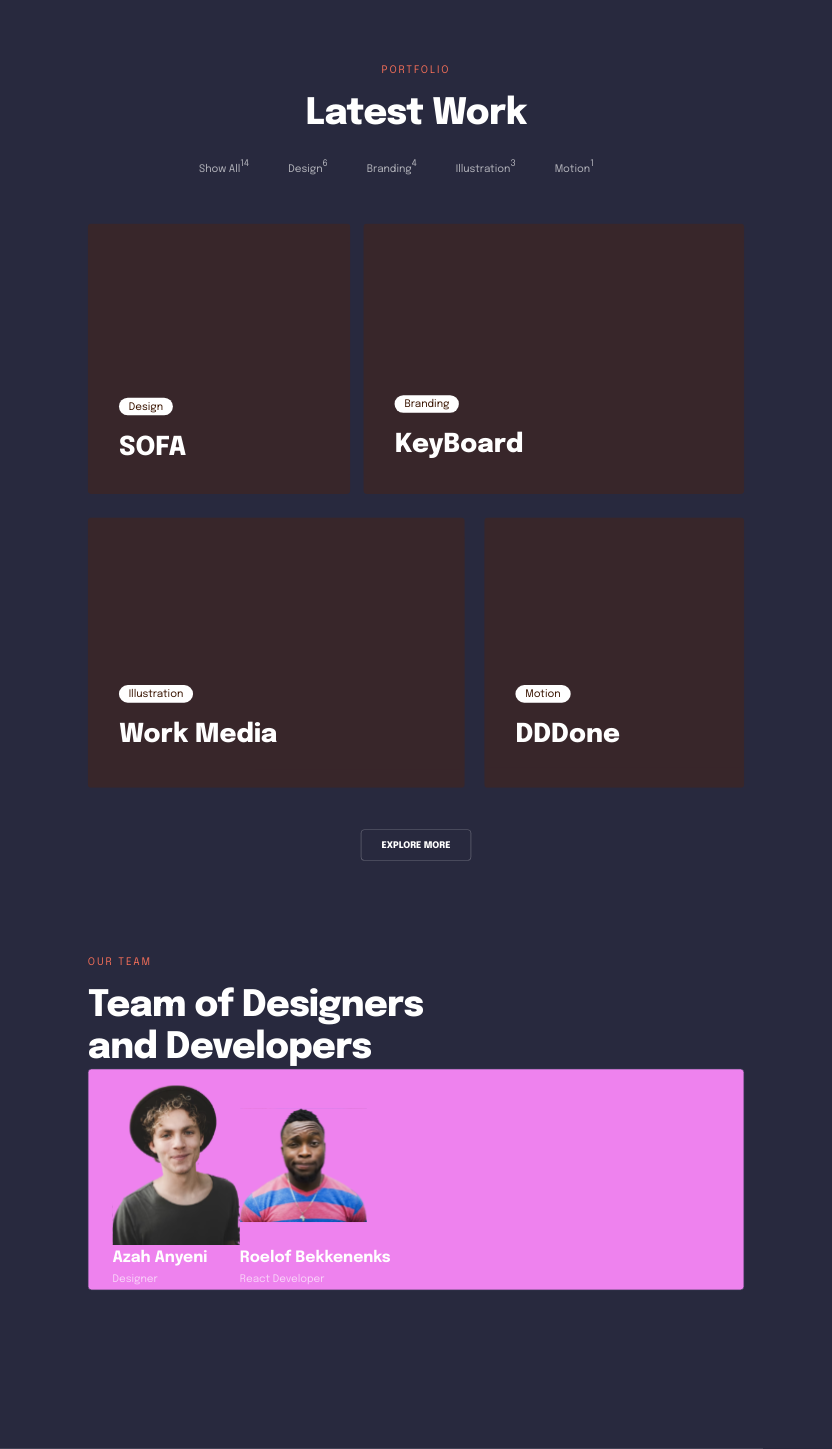
Repository: FidanXankishiyeva/figma-positions-task
Page: index.html
The author's editor kept a copy of each file at every save. The page is drawn from the files as they stood at one save, then again after the next save.
The browser window is 1280 px wide. The pictures show the whole page, at 65% of full size.

Above is the page before, as saved 2023-08-10 13:35:32.

After the next save:
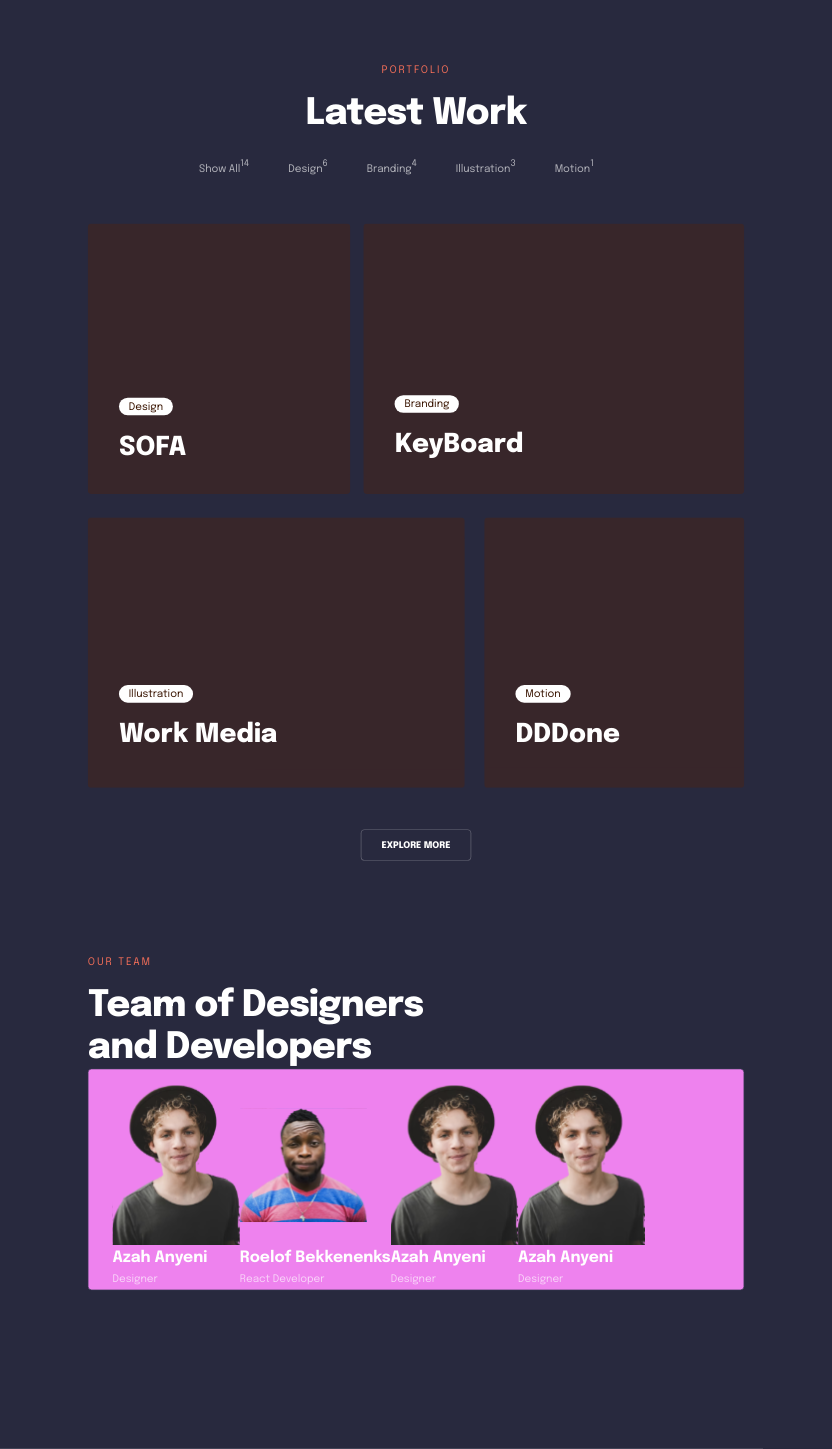
Saved 6 s later.
--- a/index.html
+++ b/index.html
@@ -95,6 +95,16 @@
                         <h5>Roelof Bekkenenks</h5>
                         <h6>React Developer</h6>
                     </li>
+                    <li>
+                        <img src="./photo/azah.svg" alt="">
+                        <h5>Azah Anyeni</h5>
+                        <h6>Designer</h6>
+                    </li>
+                    <li>
+                        <img src="./photo/azah.svg" alt="">
+                        <h5>Azah Anyeni</h5>
+                        <h6>Designer</h6>
+                    </li>
                 </ul>
             </div>
         </div>
